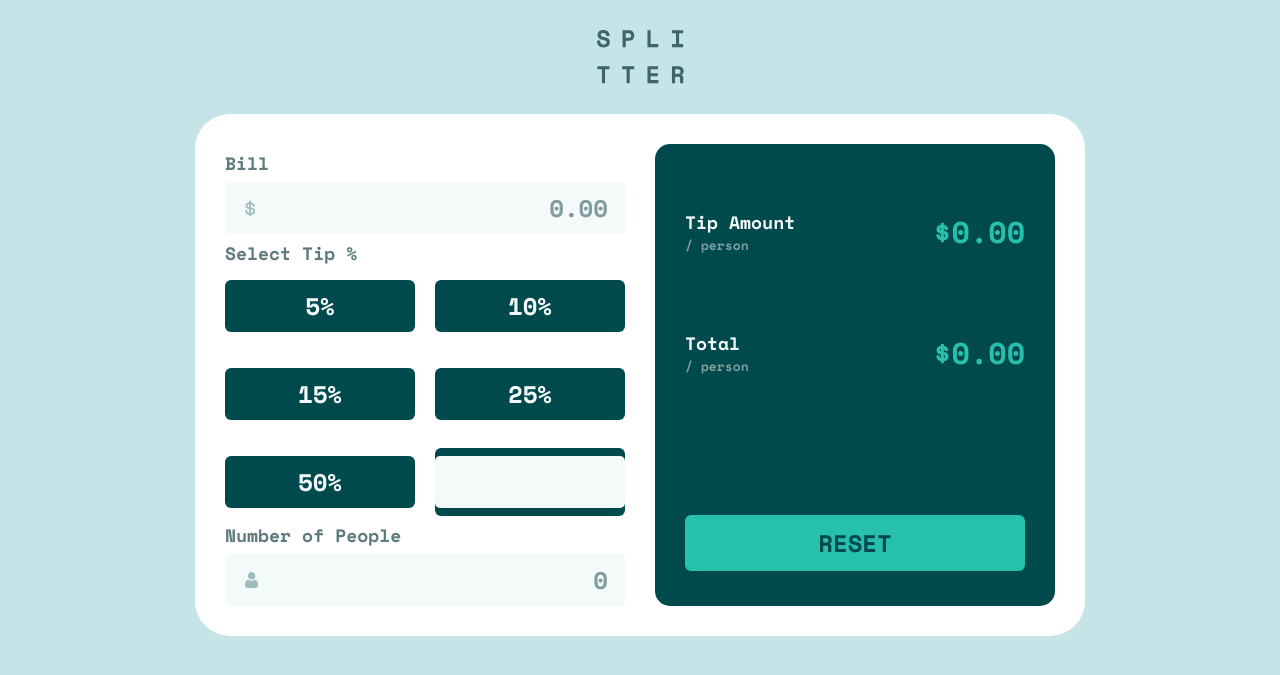
Repository: tomas938/tipcalculator
Page: /
An editor plug-in stored every save of this project. The page is shown before and after the next save, followed by the edit.
The browser window is 1280 px wide. The pictures show the whole page.
The project was rebuilt for these pictures with package versions that can differ from the ones it lists, and the page was loaded fresh each time.

Above is the page before, as saved 2021-08-04 13:36:46.

After the next save:
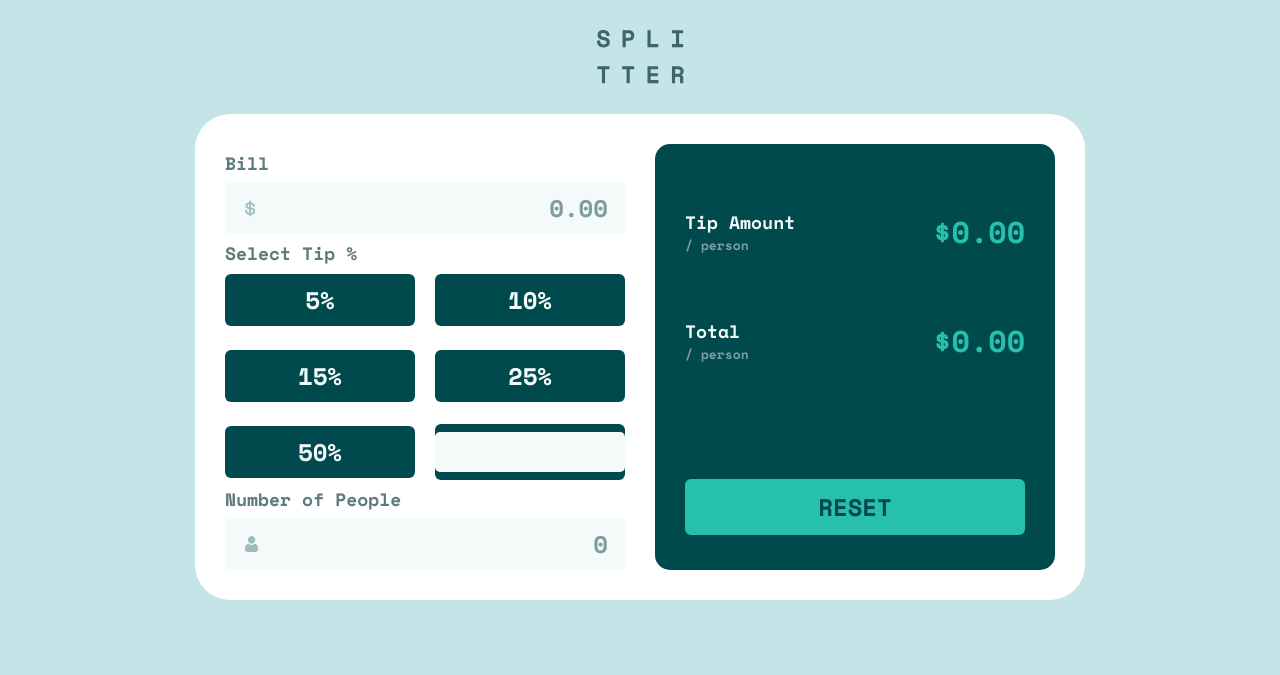
Saved 5 s later.
--- a/src/components/Splitter.vue
+++ b/src/components/Splitter.vue
@@ -239,7 +239,7 @@
 }
 .item-6 {
 	input {
-		margin: 0;
+		padding: 0;
 	}
 }
 .down {

After the 4 saves that followed:
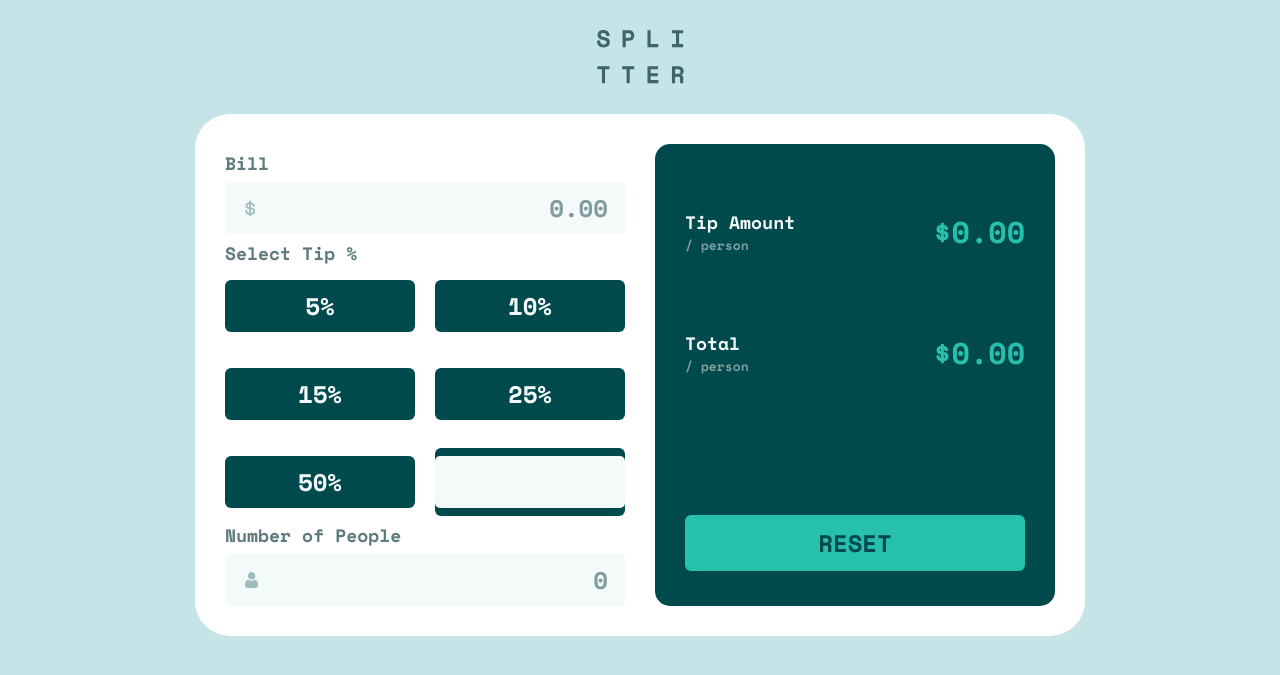
The 4 saves are shown as one change because 2 did not build or start and 1 left the picture as it was.
The last was saved 52 s later.
--- a/src/components/Splitter.vue
+++ b/src/components/Splitter.vue
@@ -35,7 +35,9 @@
 					<div class="calculator__grid__item item-5" @click="calcTip(0.5)">
 						<p>50%</p>
 					</div>
-					<div class="calculator__grid__item item-6"><input /></div>
+					<div class="calculator__grid__item item-6">
+						<input type="text" id="custom" />
+					</div>
 				</div>
 				<h3>Number of People</h3>
 				<div class="input-wrapper">
@@ -238,8 +240,7 @@
 	}
 }
 .item-6 {
-	input {
-		padding: 0;
+	#custom {
 	}
 }
 .down {
